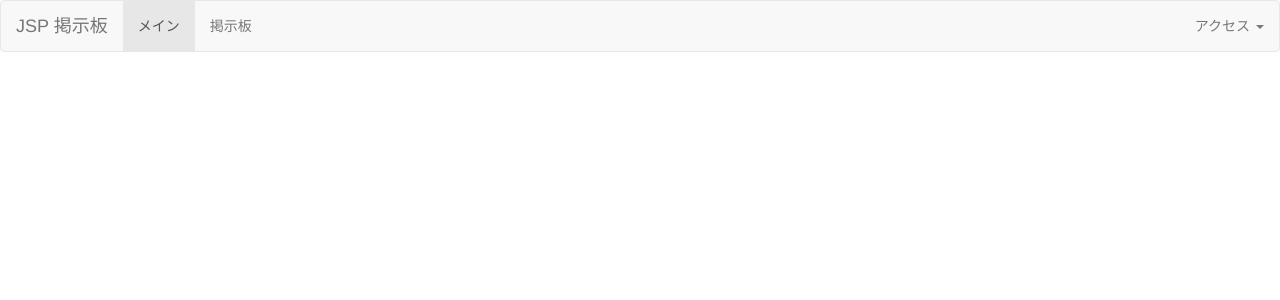
Repository: dengpu/JSP
Page: http://localhost/BBS/main.jsp
An editor plug-in stored every save of this project. The page is shown before and after the next save, followed by the edit.
The browser window is 1280 px wide. The pictures show the whole page.
Some web libraries are served in a nearby version. The page is served by Tomcat 9.

Above is the page before, as saved 2017-05-15 07:01:22.

After the next save:
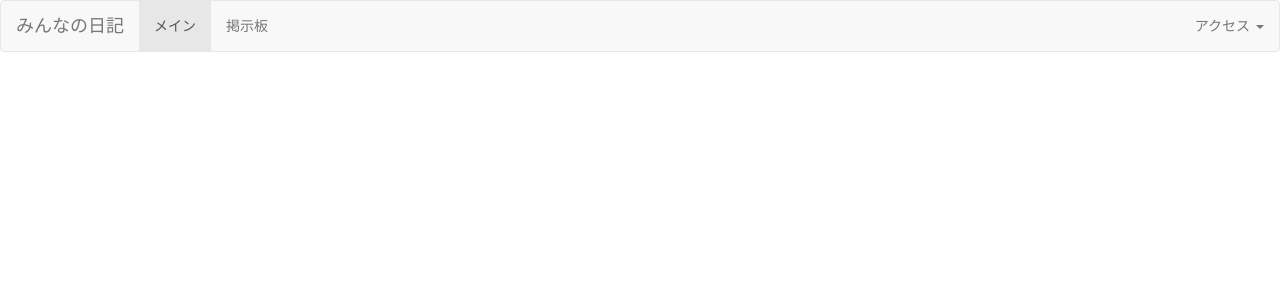
Saved 13 s later.
--- a/BBS/WebContent/main.jsp
+++ b/BBS/WebContent/main.jsp
@@ -26,7 +26,7 @@
 					class="icon-bar"></span>
 
 			</button>
-			<a class="navbar-brand" href="main.jsp">JSP 掲示板</a>
+			<a class="navbar-brand" href="main.jsp">みんなの日記</a>
 		</div>
 		<div class="collapse navbar-collapse"
 			id="bs-example-navbar-collapse-1">
